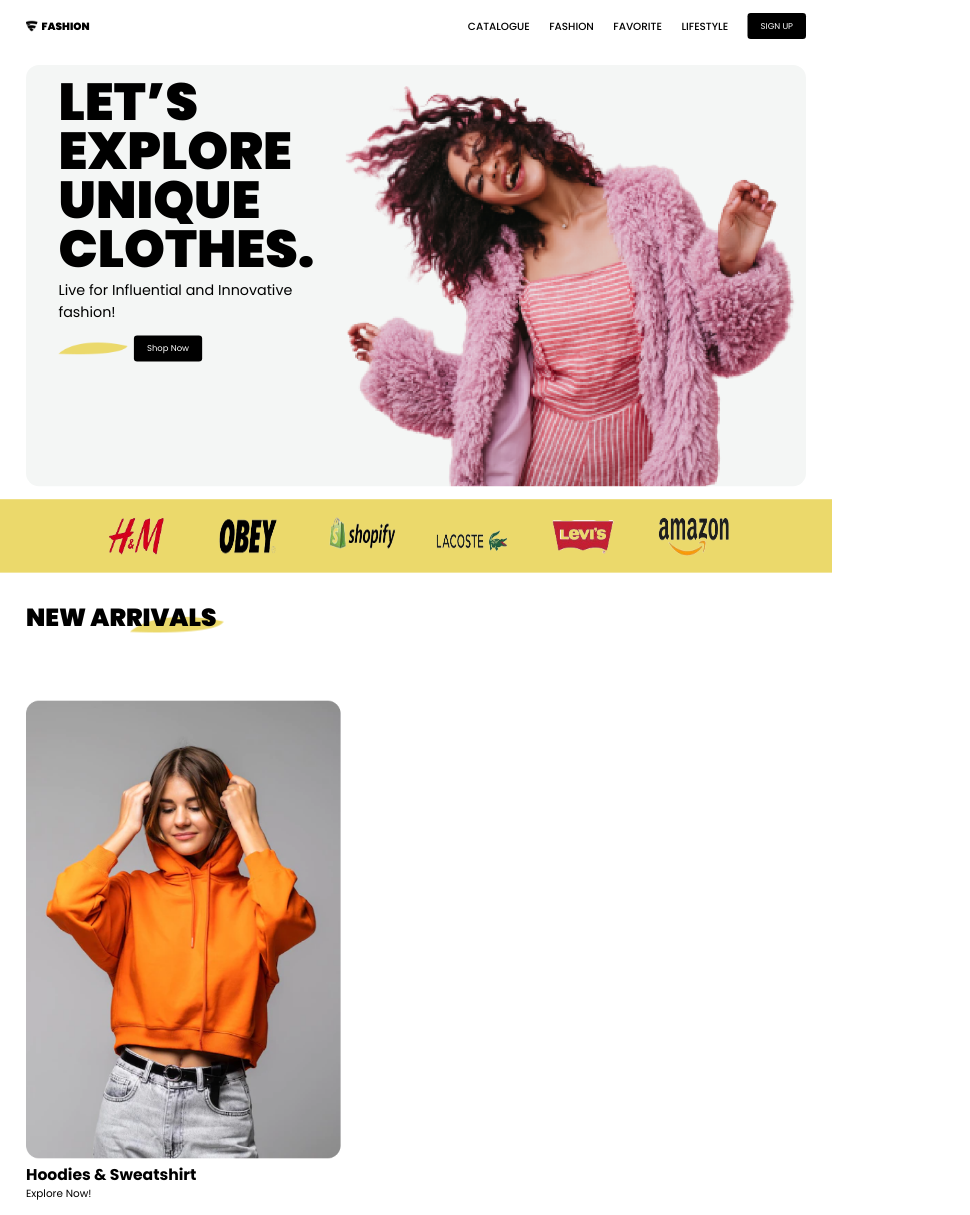
Repository: isaacCodes1/FashionSite2
Page: index.html
The author's editor kept a copy of each file at every save. The page is drawn from the files as they stood at one save, then again after the next save.
The browser window is 1280 px wide. The page is 1280 px wide, then 1492 px, so the pictures cover 1492 px, including what lies to the right of the window. The pictures show the whole page, at 65% of full size.

Above is the page before, as saved 2024-03-12 11:22:25.

### index.html
<!DOCTYPE html>
<html lang="en">
  <head>
    <meta charset="UTF-8" />
    <meta name="viewport" content="width=device-width, initial-scale=1.0" />
    <link rel="stylesheet" href="/style.css" />
    <title>Shopping Site</title>
  </head>
  <body>
    <header>
      <nav>
        <div class="logo">
          <a href="#"> <img src="/Assets/Vector.png" alt="" /> FASHION</a>
        </div>
        <div class="navList">
          <ul>
            <li><a href="#">CATALOGUE</a></li>
            <li><a href="#">FASHION</a></li>
            <li><a href="#">FAVORITE</a></li>
            <li><a href="#">LIFESTYLE</a></li>
          </ul>
          <button>SIGN UP</button>
        </div>
      </nav>
    </header>
    <main>
      <section class="landingPageContainer">
        <div class="landingPage">
          <div class="textContainer">
            <h1>
              <span class="span1">LET’S</span> EXPLORE
              <span class="span2">UNIQUE</span> CLOTHES.
            </h1>
            <p>Live for Influential and Innovative fashion!</p>
            <div class="textBtn">
              <img src="/Assets/Vector 9.png" alt="" />
              <button class="btn">Shop Now</button>
            </div>
          </div>
          <div class="imgContainer">
            <img src="/Assets/girl.png" alt="" />
          </div>
        </div>
      </section>
      <section class="landingPageFooter">
        <div class="logoContainer">
          <img src="/Assets/HM.png" alt="" />
          <img src="/Assets/Obey.png" alt="" />
          <img src="/Assets/Shopify.png" alt="" />
          <img src="/Assets/Lacoste.png" alt="" />
          <img src="/Assets/Levis.png" alt="" />
          <img src="/Assets/Amazon.png" alt="" />
        </div>
      </section>
      <section class="arrivalContainer">
        <div class="arrivalText">
          <h1>NEW ARRIVALS</h1>
          <img src="/Assets/Vector 9.png" alt="" />
        </div>
        <div class="cardsContainer">
          <div class="cards">
            <div class="cardImg">
              <img src="/Assets/image1.png" alt="" />
            </div>
            <div class="cardText">
              <div class="textIcon">
                <h1>Hoodies & Sweatshirt</h1>
                <p>Explore Now!</p>
              </div>
              <div class="icon"></div>
            </div>
          </div>
        </div>
      </section>
    </main>
  </body>
</html>

### style.css
@import url("https://fonts.googleapis.com/css2?family=Poppins:ital,wght@0,100;0,200;0,300;0,400;0,500;0,600;0,700;0,800;0,900;1,100;1,200;1,300;1,400;1,500;1,600;1,700;1,800;1,900&display=swap");
* {
  margin: 0;
  padding: 0;
  box-sizing: border-box;
  font-family: "Poppins", sans-serif;
}
nav {
  display: flex;
  align-items: center;
  justify-content: space-between;
  width: 100%;
  padding: 20px 40px;
}
.logo a {
  display: flex;
  align-items: center;
  gap: 6px;
  text-decoration: none;
  color: black;
  font-size: 16px;
  font-weight: 900;
}
.logo a img {
  width: 16%;
}
.navList {
  display: flex;
  gap: 30px;
  align-items: center;
}
.navList ul {
  display: flex;
  gap: 30px;
  list-style: none;
}
.navList ul li a {
  text-decoration: none;
  color: black;
  font-size: 16px;
  font-weight: 500;
}
.navList ul li:hover {
  transform: scale(1.02);
  transition: 1s ease-in-out;
}
.navList button {
  border: 0;
  background: black;
  padding: 10px 20px;
  color: white;
  border-radius: 5px;
  font-size: 13px;
}
.navList button:hover {
  transform: scale(1.02);
  transition: 1s ease-in-out;
  color: black;
  background: rgb(137, 136, 136);
}

/* landingPageContainer */
.landingPageContainer {
  padding: 20px 40px;
}
.landingPage {
  display: flex;
  flex: 1;
  width: 100%;
  height: 90vh;
  padding: 20px 10px 0px 10px;
  border-radius: 20px;
  background: #f4f6f5;
}
.textContainer {
  display: flex;
  flex: 0.5;
  flex-direction: column;
  gap: 10px;
  padding-left: 40px;
}
.textContainer h1 {
  font-size: 80px;
  font-weight: 900;
  width: 50%;
  line-height: 75px;
}
.textContainer p {
  font-size: 22px;
}

.textBtn {
  display: flex;
  align-items: center;
  width: 80%;
  margin-top: 10px;
  gap: 10px;
}
.btn {
  border: 0;
  background: black;
  padding: 10px 20px;
  color: white;
  border-radius: 5px;
  font-size: 13px;
}
.btn:hover {
  transform: scale(1.02);
  transition: 1s ease-in-out;
  color: black;
  background: rgb(137, 136, 136);
}
.textBtn img {
  width: 30%;
}
.imgContainer {
  flex: 0.5;
  display: flex;
}
.landingPageFooter {
  background: #ebd96b;
  padding: 20px 30px;
  display: flex;
  justify-content: center;
  align-items: center;
}
.logoContainer {
  display: flex;
  justify-content: center;
  gap: 50px;
}
.logoContainer img {
  width: 10%;
}
.arrivalContainer {
  margin-top: 20px;
  padding: 20px 40px;
  display: flex;
  flex-direction: column;
  gap: 100px;
}
.arrivalText {
  position: relative;
}
.arrivalText h1 {
  font-size: 38px;
  font-weight: 900;
}
.arrivalText img {
  position: absolute;
  bottom: 5px;
  left: 160px;
  width: 12%;
  z-index: -1;
}
.cardsContainer {
  display: flex;
}
.cards {
  display: flex;
  flex-direction: column;
}

After the next save:
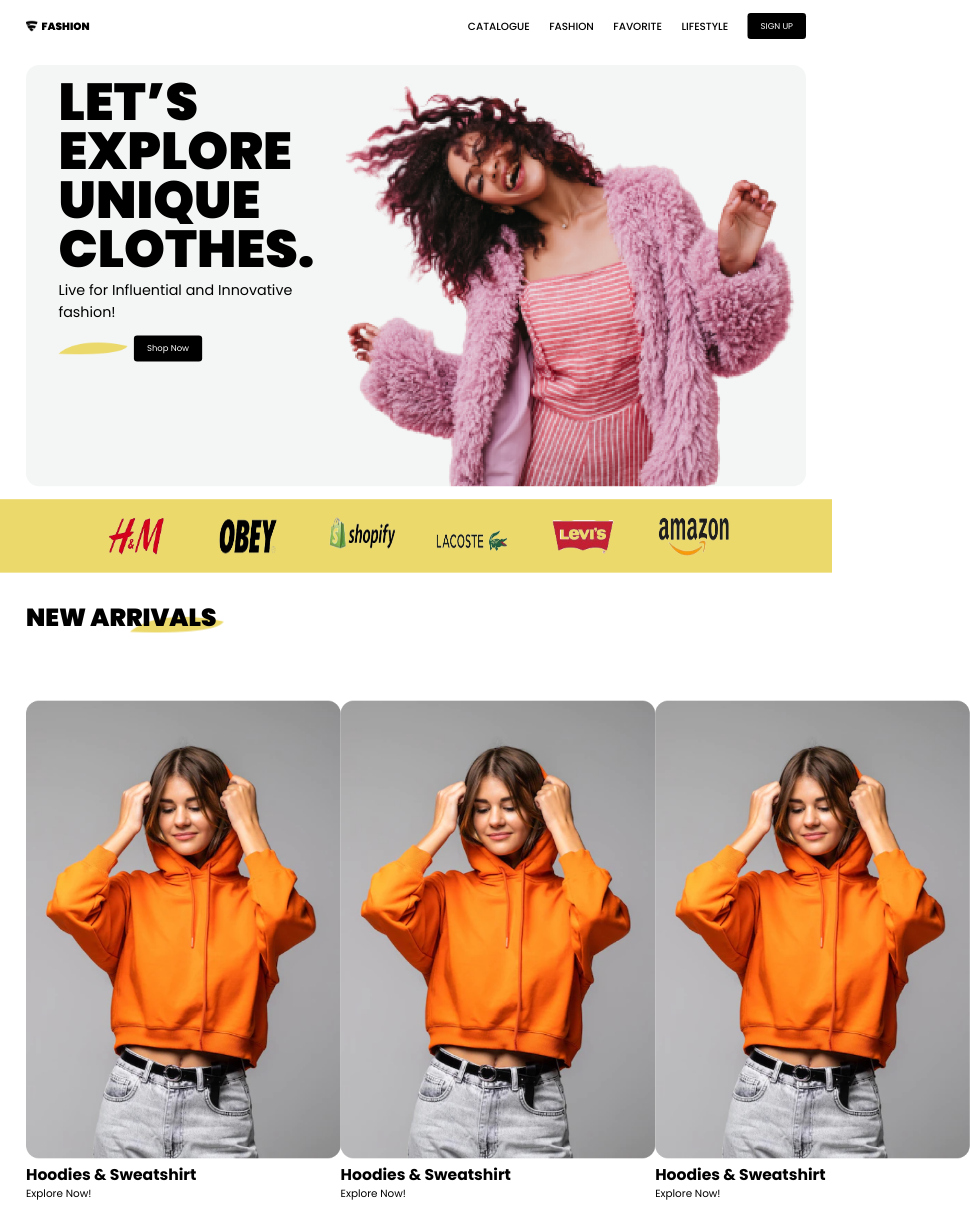
Saved 4 s later.
--- a/index.html
+++ b/index.html
@@ -70,6 +70,30 @@
               <div class="icon"></div>
             </div>
           </div>
+          <div class="cards">
+            <div class="cardImg">
+              <img src="/Assets/image1.png" alt="" />
+            </div>
+            <div class="cardText">
+              <div class="textIcon">
+                <h1>Hoodies & Sweatshirt</h1>
+                <p>Explore Now!</p>
+              </div>
+              <div class="icon"></div>
+            </div>
+          </div>
+          <div class="cards">
+            <div class="cardImg">
+              <img src="/Assets/image1.png" alt="" />
+            </div>
+            <div class="cardText">
+              <div class="textIcon">
+                <h1>Hoodies & Sweatshirt</h1>
+                <p>Explore Now!</p>
+              </div>
+              <div class="icon"></div>
+            </div>
+          </div>
         </div>
       </section>
     </main>
